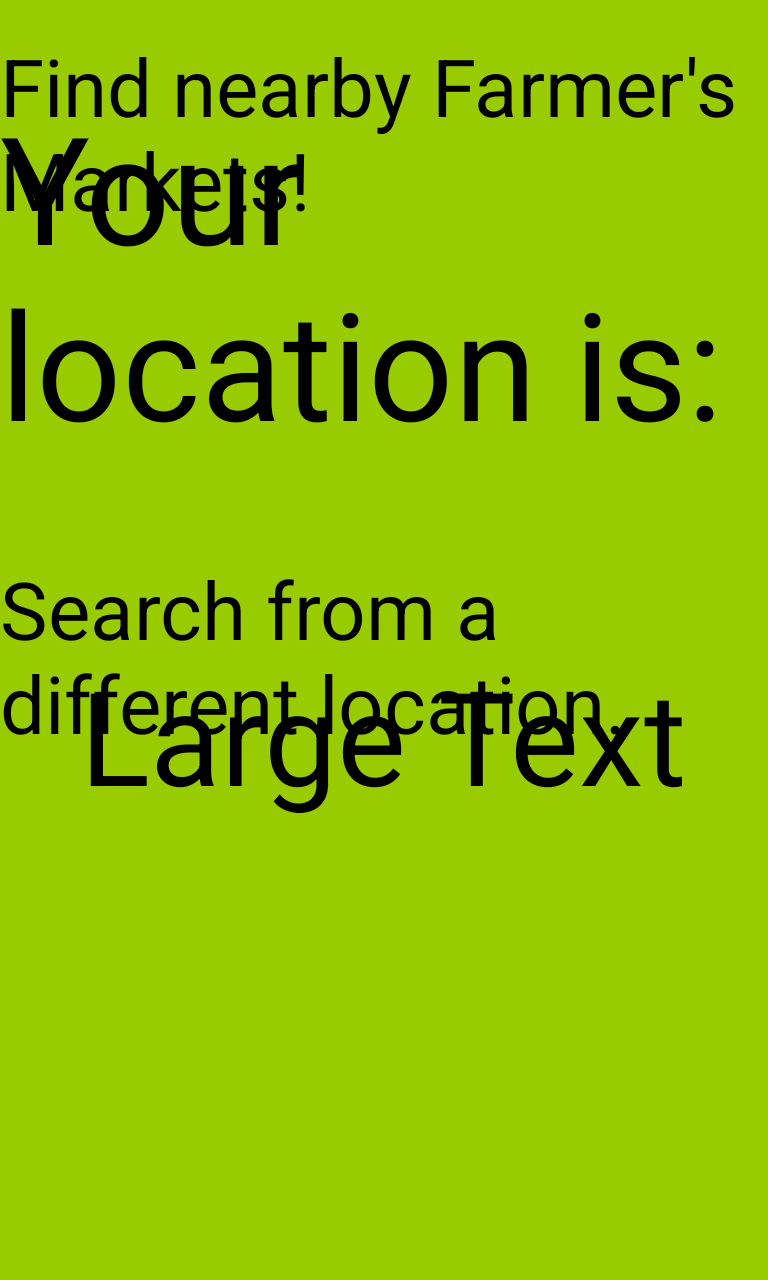
Repository: yasith/OnlyLocal
Layout: Only Local/res/layout/activity_start.xml
An editor plug-in stored every save of this project. The layout is shown before and after the next save, followed by the edit.
It is drawn on a 768 x 1280 px phone screen (xhdpi) without system bars, with theme AppTheme; the app's code is not run.

Above is the layout before, as saved 2012-07-25 16:19:02.

### Only Local/res/layout/activity_start.xml
<RelativeLayout xmlns:android="http://schemas.android.com/apk/res/android"
    xmlns:tools="http://schemas.android.com/tools"
    android:layout_width="match_parent"
    android:layout_height="match_parent"
    android:background="#99CC00" >

    <TextView
        android:id="@+id/textView1"
        android:layout_width="wrap_content"
        android:layout_height="wrap_content"
        android:layout_alignParentTop="true"
        android:layout_centerHorizontal="true"
        android:layout_marginTop="43dp"
        android:text="@string/loc"
        android:textAppearance="?android:attr/textAppearanceLarge"
        android:textSize="75dp" />

    <TextView
        android:id="@+id/TextView02"
        android:layout_width="wrap_content"
        android:layout_height="wrap_content"
        android:layout_alignParentBottom="true"
        android:layout_alignParentRight="true"
        android:layout_marginBottom="262dp"
        android:text="@string/change"
        android:textAppearance="?android:attr/textAppearanceLarge"
        android:textSize="40dp" />

    <TextView
        android:id="@+id/TextView01"
        android:layout_width="wrap_content"
        android:layout_height="wrap_content"
        android:layout_above="@+id/TextView02"
        android:layout_marginBottom="161dp"
        android:text="@string/search"
        android:textAppearance="?android:attr/textAppearanceLarge"
        android:textSize="40dp" />

    <TextView
        android:id="@+id/textView2"
        android:layout_width="wrap_content"
        android:layout_height="wrap_content"
        android:layout_below="@+id/textView1"
        android:layout_centerHorizontal="true"
        android:layout_marginTop="93dp"
        android:text="Large Text"
        android:textAppearance="?android:attr/textAppearanceLarge"
        android:textSize="65dp" />

</RelativeLayout>

### Only Local/res/values/strings.xml
<resources>

    <string name="app_name">Only Local</string>
    <string name="hello_world">Hello world!</string>
    <string name="menu_settings">Settings</string>
    <string name="title_activity_start">StartActivity</string>
    <string name="search">Find nearby Farmer\'s Markets!</string>
    <string name="loc">Your location is:</string>
    <string name="change">Search from a different location.</string>

</resources>

Loaded but not shown: Only Local/res/values-v11/styles.xml (common file); Only Local/res/values-v14/styles.xml (common file); Only Local/res/values/styles.xml (common file)

After the next save:
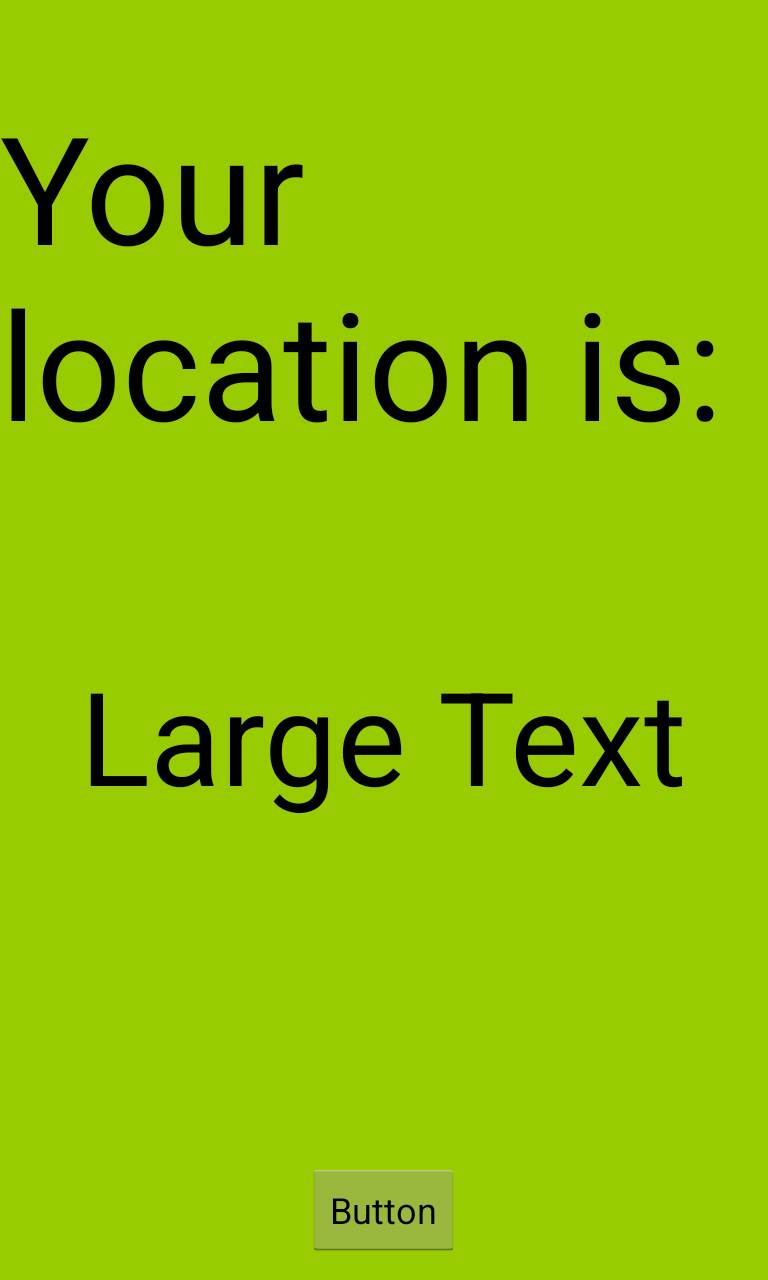
Saved 113 s later.
--- a/Only Local/res/layout/activity_start.xml
+++ b/Only Local/res/layout/activity_start.xml
@@ -16,27 +16,6 @@
         android:textSize="75dp" />
 
     <TextView
-        android:id="@+id/TextView02"
-        android:layout_width="wrap_content"
-        android:layout_height="wrap_content"
-        android:layout_alignParentBottom="true"
-        android:layout_alignParentRight="true"
-        android:layout_marginBottom="262dp"
-        android:text="@string/change"
-        android:textAppearance="?android:attr/textAppearanceLarge"
-        android:textSize="40dp" />
-
-    <TextView
-        android:id="@+id/TextView01"
-        android:layout_width="wrap_content"
-        android:layout_height="wrap_content"
-        android:layout_above="@+id/TextView02"
-        android:layout_marginBottom="161dp"
-        android:text="@string/search"
-        android:textAppearance="?android:attr/textAppearanceLarge"
-        android:textSize="40dp" />
-
-    <TextView
         android:id="@+id/textView2"
         android:layout_width="wrap_content"
         android:layout_height="wrap_content"
@@ -47,4 +26,22 @@
         android:textAppearance="?android:attr/textAppearanceLarge"
         android:textSize="65dp" />
 
+    <Button
+        android:id="@+id/button1"
+        android:layout_width="wrap_content"
+        android:layout_height="wrap_content"
+        android:layout_below="@+id/textView2"
+        android:layout_centerHorizontal="true"
+        android:layout_marginTop="170dp"
+        android:text="Button" />
+
+    <Button
+        android:id="@+id/button2"
+        android:layout_width="wrap_content"
+        android:layout_height="wrap_content"
+        android:layout_alignRight="@+id/button1"
+        android:layout_below="@+id/button1"
+        android:layout_marginTop="167dp"
+        android:text="Button" />
+
 </RelativeLayout>
